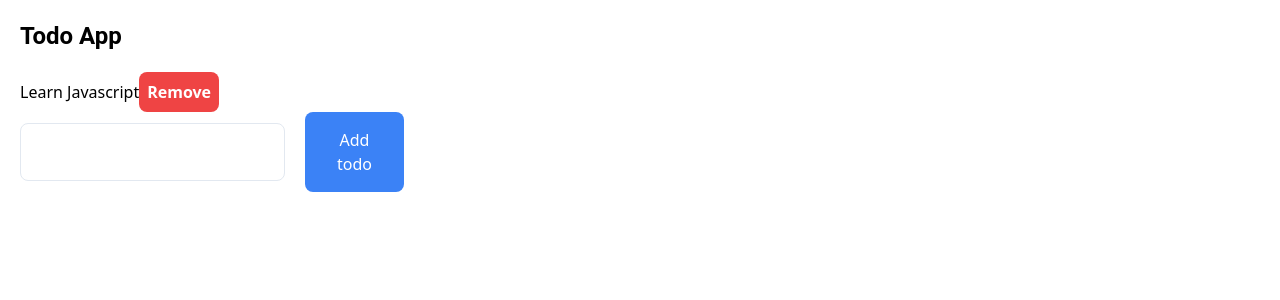
Repository: vophuocthanh/react-typescript
Page: /
The author's editor kept a copy of each file at every save. The page is drawn from the files as they stood at one save, then again after the next save.
The browser window is 1280 px wide. The pictures show the whole page.
The project was rebuilt for these pictures with package versions that can differ from the ones it lists, and the page was loaded fresh each time. Also part of the build but not shown: vite.config.ts.

Above is the page before, as saved 2023-04-04 23:38:39.

### src/App.tsx
import React from "react";
const Heading = ({ title }: { title: string }) => {
  return <h2 className="font-primary font-bold text-2xl mb-5">{title}</h2>;
};
const App = () => {
  return (
    <div>
      <Heading title="Todo App"></Heading>
      <div className="max-w-sm">
        <div className="nb-5">
          <div className="flex items-center">
            <span>Learn Javascript</span>
            <button className="p-2 rounded-lg bg-red-500 text-white font-semibold">
              Remove
            </button>
          </div>
        </div>
        <div className="flex items-center gap-x-5">
          <input
            type="text"
            className="p-4 border border-slate-200 rounded-lg outline-none"
          />
          <button className="p-4 rounded-lg bg-blue-500 text-white text-center">
            Add todo
          </button>
        </div>
      </div>
    </div>
  );
};

export default App;

### src/index.css
@tailwind base;
@tailwind components;
@tailwind utilities;
@layer base {
  body {
    @apply p-5;
  }
}

### tailwind.config.js
/** @type {import('tailwindcss').Config} */
export default {
  content: ["./index.html", "./src/**/*.{js,ts,jsx,tsx}"],
  theme: {
    extend: {
      fontFamily: {
        primary: ["Roboto"],
      },
    },
  },
  plugins: [],
};

Loaded but not shown: index.html (common file); src/main.tsx (common file)

After the next save:
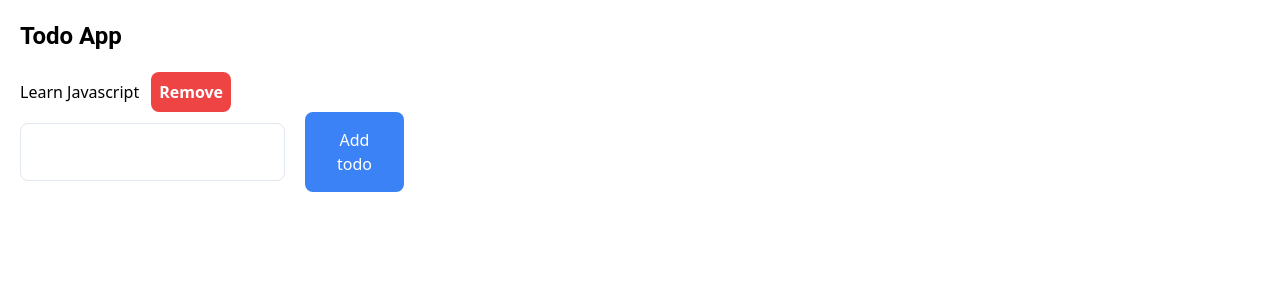
Saved 14 s later.
--- a/src/App.tsx
+++ b/src/App.tsx
@@ -8,7 +8,7 @@ const App = () => {
       <Heading title="Todo App"></Heading>
       <div className="max-w-sm">
         <div className="nb-5">
-          <div className="flex items-center">
+          <div className="flex items-center gap-x-3">
             <span>Learn Javascript</span>
             <button className="p-2 rounded-lg bg-red-500 text-white font-semibold">
               Remove
